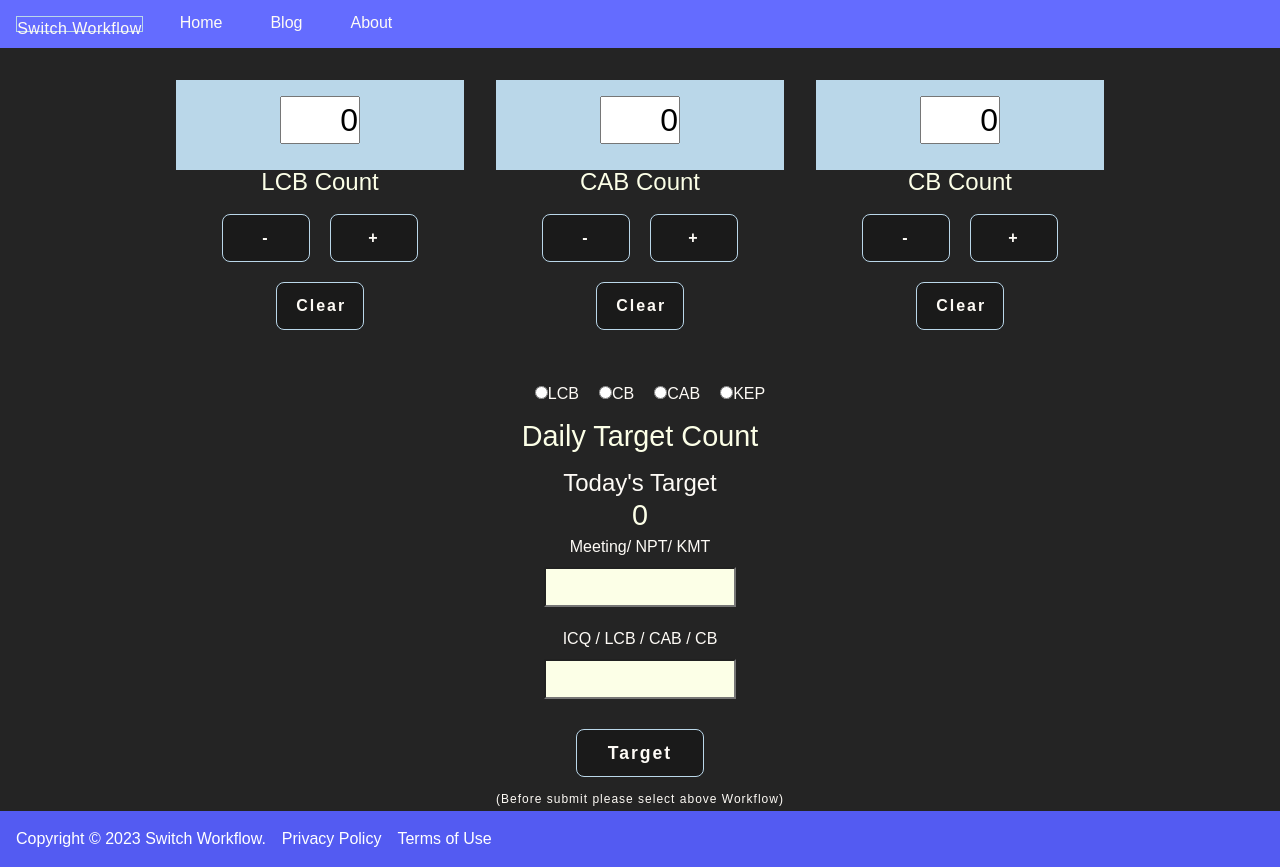
Repository: suraj-yadav7/SwitchWorkflow-Count-reactjs
Page: /
The author's editor kept a copy of each file at every save. The page is drawn from the files as they stood at one save, then again after the next save.
The browser window is 1280 px wide. The pictures show the whole page.
Some web fonts or font styles are not loaded; a fallback is used. The project was rebuilt for these pictures with package versions that can differ from the ones it lists, and the page was loaded fresh each time.

Above is the page before, as saved 2023-04-20 12:30:07.

### src/App.js
import './App.css';
import DailyTarget from './Components/DailyTarget';
import Footer from './Components/Footer';
import TitleCount from './Components/TitleCount';

function App() {
  return (
    <>
    <TitleCount />
    <DailyTarget />
    <Footer />
    </>
  );
}

export default App;

### src/App.css
@import url('https://fonts.googleapis.com/css2?family=Orbitron:wght@400;500&family=Roboto:wght@400;500&family=Stardos+Stencil&display=swap');

*{
  margin: 0;
  padding: 0;
  box-sizing: border-box;
  font-family: 'Stardos Stencil',sans-serif;
  font-size: 16px;
  line-height: 24px;
  font-weight: 400;

  /* color-scheme: light dark; */
  /* color: #FEFBF6; */
  /* background-color: #242424; */
  /* font-synthesis: none;
  text-rendering: optimizeLegibility;
  -webkit-font-smoothing: antialiased;
  -moz-osx-font-smoothing: grayscale;  */

}



button{
  width: 5.5rem;
  margin: 10px;
  height: 3rem;
  border-radius: 8px;
  border: 0.5px solid #BAD7E9;
  padding: 0.6em 1.2em;
  font-size: 1rem;
  letter-spacing: 2px;
  font-weight: 700;
  font-family: 'Stardos Stencil', cursive, sans-serif;
  background-color: #1a1a1a;
  color: #FEFBF6;
  cursor: pointer;
  transition: border-color 0.25s;
}
button:hover {
  border-color: #646cff;
}
button:focus,
button:focus-visible {
  outline: 4px auto -webkit-focus-ring-color;
}
a{
  font-weight: 500;
  color: #646cff;
  text-decoration: inherit;
}
a:hover {
  color: #535bf2;
}
li,a{
  list-style: none;
}
/* Nav bar */
.navbar{
  width: 100%;
  height: 3rem;
  display: flex;
  /* flex-direction: column; */
  padding: 0.7rem;
  font: 400 1.2rem san-serif;
  background-color: #646cff;
  color: #FEFBF6;

}
.navbar > ul{
  display: flex;
  gap: 3rem;
  margin-left: 2rem;
}
.navbar > h4{
  letter-spacing: 0.5px;
  border: 1px solid #BAD7E9;
  padding-bottom: 5px;
  margin: 5px;
}
.cardText1{
  color: #FCFFE7;
  font-size: 1.5rem;
  margin: 10px;
  font-family: 'Stardos Stencil', cursive, sans-serif;

}

.container1{
  display:flex ;
  justify-content: center;
  align-items: center;
  gap: 2rem;
  padding: 2rem;
  background-color: #242424;
  color: #FEFBF6;

}

.card-body{
  text-align: center;
  background-color: #242424;

}
.card{
  background-color :#BAD7E9;
}

.card >input{
  width: 5rem;
  height: 3rem;
  font-size: 2rem;
  text-align: right;
  margin:1rem  6.5rem;
}

/* Daily Target style */
.dailyTarget{
  align-items: center;
  display: flex;
  justify-content: center;
  background-color: #242424;
  color: #FEFBF6 !important;
}

.textType{
  display: flex;
  flex-direction: column;
  width: 20rem;
  align-items: center;
  justify-content: center;
  color: #FEFBF6;

}
.textType >input{
  margin: 8px 0px 20px 0px;
  text-align: center;
}
.textType >P{
  font-size: 12px;
  letter-spacing: 1px;
  margin-bottom: 0;
}

.radioBtn >input{
  margin-left: 20px;
}
.cardText2{
  color: #FCFFE7;
  font-size: 1.8rem;
  margin: 8px;
  font-family: 'Stardos Stencil', cursive, sans-serif;

}
.resultBtn{
  width: 8rem;
  height: 3rem;
  font-size: 1.1rem;
}
.inputArea{
  background-color: #FCFFE7;
  font-family: 'Stardos Stencil', cursive,;
  color: red;
  font-size: 1.4rem;
  height: 2.5rem;
  width: 60%;
}

/* footer */
footer{
  display: flex;
  background-color: #535bf2 !important;
  color: #fff !important;
}

footer >ul{
display: flex;
gap: 1rem;
padding: 1rem;
margin: 0;
}

### src/Components/DailyTarget.jsx
import React from 'react'
import {useState, useEffect} from "react"
const DailyTarget = () => {
        const [target, setTarget] = useState({
            targ:0,
            npt:0,
            icq:0
        })

        const [radioBtn, setradioBtnClick] = useState("")

        const inputVal1 = (e)=>{
            let val = parseInt(e.target.value)
            console.log(val)
            setTarget((prev)=> ({...prev, npt:val || 0}))
        }

        const inputVal2 = (e)=>{
            let val = parseInt(e.target.value)
            console.log(val)
            setTarget((prev)=> ({...prev, icq:val || 0}))

        }

        const targetHandle = (e) =>{
            if(radioBtn === "LCB"){
                let output = ((955-target.icq)-((parseInt((target.npt/0.502).toFixed())) - parseInt((target.icq/6).toFixed())))
                setTarget((prev)=>({...prev,targ:output}))
            }
            else if(radioBtn === "CB") {
                let output = ((310-target.icq)-((parseInt((target.npt/1.548).toFixed())) - parseInt((target.icq/6).toFixed())))
                // let output = parseInt(310-((parseInt((target.npt).toFixed())) + parseInt((target.icq/6).toFixed())))
                // console.log(310-((target.npt/1.548) + (target.icq/6)))
                setTarget((prev)=>({...prev,targ:output}))
                console.log("the final reulst",target.targ)
            }
            else if(radioBtn === "CAB") {
                let output = ((442-target.icq)-((parseInt((target.npt/1.085).toFixed())) + parseInt((target.icq/6).toFixed())))
                setTarget((prev)=>({...prev,targ:output}))
            }

        }
            useEffect(()=>{
                setTarget((prev)=>({...prev,targ:0}))
            },[radioBtn])

    return (
        <>
            <div className='dailyTarget'>
                <div class="card card2" >
                    <div class="card-body textType">
                    <div className="radioBtn" style={{margin: "10px"}}>
                        <input type='radio' onChange={e => setradioBtnClick(e.target.value)} name="workFlow" value="LCB"/>LCB
                        <input type='radio'onChange={e => setradioBtnClick(e.target.value)} name="workFlow" value="CB"/>CB
                        <input type='radio' onChange={e => setradioBtnClick(e.target.value)} name="workFlow" value="CAB"/>CAB
                        <input type='radio'onChange={e => setradioBtnClick(e.target.value)} name="workFlow" value="KEP"/>KEP
                    </div>
                        <h5 class="card-title cardText2">Daily Target Count</h5>
                        <span style={{fontSize: "1.5rem", marginTop:"15px"}}>Today's Target</span><h3 className='cardText2'>{target.targ<=0?0:target.targ}</h3>
                        <span>Meeting/ NPT/ KMT</span><input type='text' name="npt"  className='inputArea' onChange={inputVal1} />
                        <span>ICQ / LCB / CAB / CB</span><input type='text' name="icq"  className='inputArea' onChange={inputVal2} />
                        <button className='resultBtn' onClick={targetHandle}>Target</button>
                        <p>(Before submit please select above Workflow)</p>
                    </div>
                </div>

            </div>
        </>
    )
}

export default DailyTarget

### src/Components/Footer.jsx
import React from 'react'

const Footer = () => {
  return (
  <>
  <footer >
    <ul>
    <li>Copyright © 2023 Switch Workflow.</li>
    <li>Privacy Policy</li>
    <li> Terms of Use</li>
    </ul>
  </footer>
  </>
  )
}

export default Footer

### src/Components/TitleCount.jsx
import React from 'react'
import { useState, useEffect } from 'react'
const TitleCount = () => {

    const [lcbCount, setLcbCount] = useState(parseInt(localStorage.getItem("lcbKey")) || 0)
    const [cbCount, setcbCount] = useState(parseInt(localStorage.getItem("cbKey")) || 0)
    const [cabCount, setCabCount] = useState(parseInt(localStorage.getItem("cabKey")) || 0)

    useEffect(()=>{
        localStorage.setItem("lcbKey", lcbCount)
        localStorage.setItem("cbKey", cbCount)
        localStorage.setItem("cabKey", cabCount)
    },[lcbCount,cbCount,cabCount])

    return (
        <>
        <nav>
            <div className='navbar'>
            <h4>Switch Workflow</h4>
                <ul>
                    <li>Home</li>
                    <li>Blog</li>
                    <li>About</li>
                </ul>
            </div>
        </nav>
            <div className="container1">
                <div class="card" style={{width: "18rem"}}>
                    <input type='text' name="lcbCount" value={lcbCount}/>
                    <div class="card-body">
                        <h5 class="card-title cardText1">LCB Count</h5>
                        <button onClick={()=>setLcbCount(val => (lcbCount>0 ? val-1: 0))}>-</button>
                        <button onClick={()=>setLcbCount(val => val+1)}>+</button>
                        <button onClick={()=>setLcbCount(0)}>Clear</button>
                    </div>
                </div>
                <div class="card" style={{width: "18rem"}}>
                    <input type='text' name="cabCount" value={cabCount}/>
                    <div class="card-body">
                        <h5 class="card-title cardText1">CAB Count</h5>
                        <button onClick={()=>setCabCount(val => (cabCount>0 ? val-1: 0))}>-</button>
                        <button onClick={()=>setCabCount(val => val+1)}>+</button>
                        <button onClick={()=>setCabCount(0)}>Clear</button>
                    </div>
                </div>
                <div class="card" style={{width: "18rem"}}>
                    <input type='text' name="cbCount" value={cbCount}/>
                    <div class="card-body">
                        <h5 class="card-title  cardText1 ">CB Count</h5>
                        <button onClick={()=>setcbCount(val => (cbCount>0 ? val-1: 0))}>-</button>
                        <button onClick={()=>setcbCount(val => val+1)}>+</button>
                        <button onClick={()=>setcbCount(0)}>Clear</button>
                    </div>
                </div>
            </div>

        </>
    )
}

export default TitleCount

Loaded but not shown: src/index.js (common file)

After the next save:
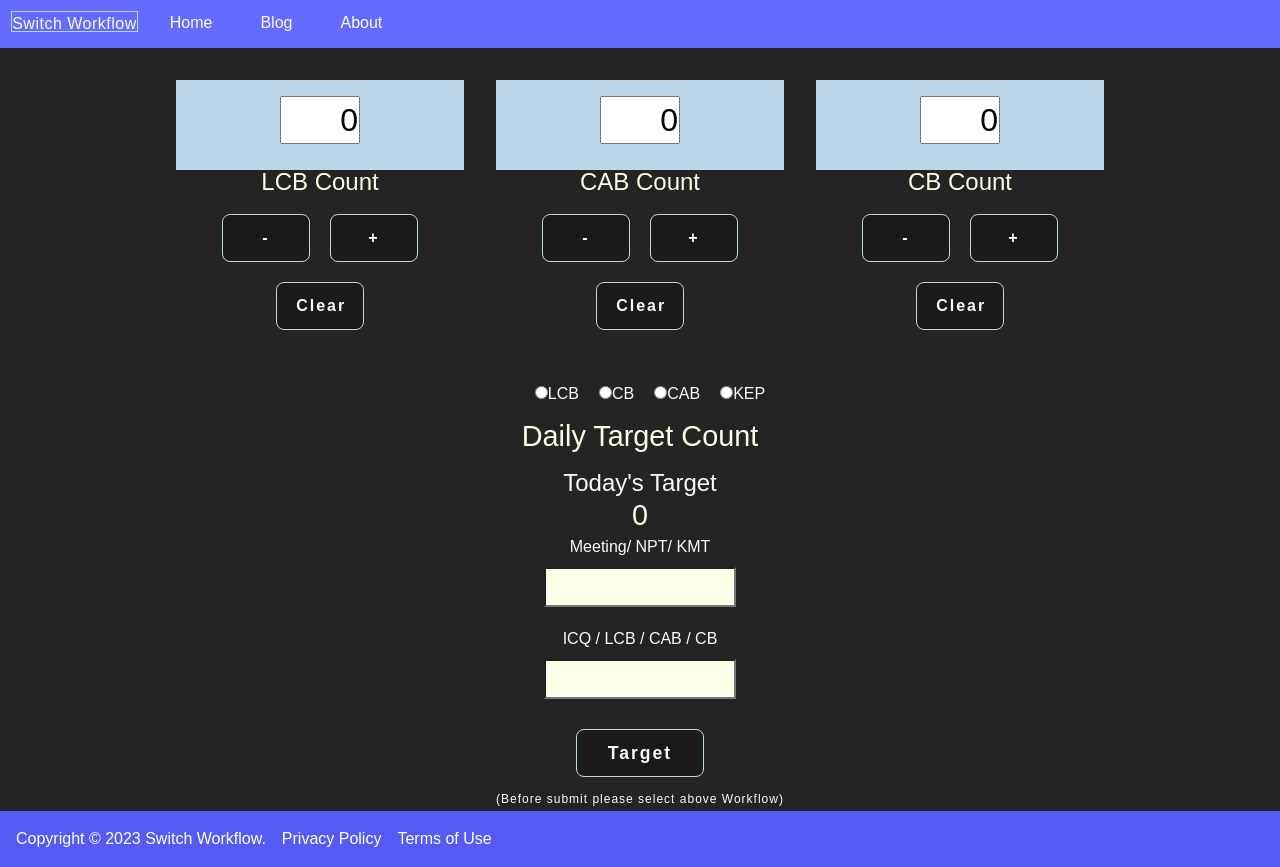
Saved 10 s later.
--- a/src/App.css
+++ b/src/App.css
@@ -76,7 +76,7 @@ li,a{
   letter-spacing: 0.5px;
   border: 1px solid #BAD7E9;
   padding-bottom: 5px;
-  margin: 5px;
+  margin-bottom: 5px;
 }
 .cardText1{
   color: #FCFFE7;
